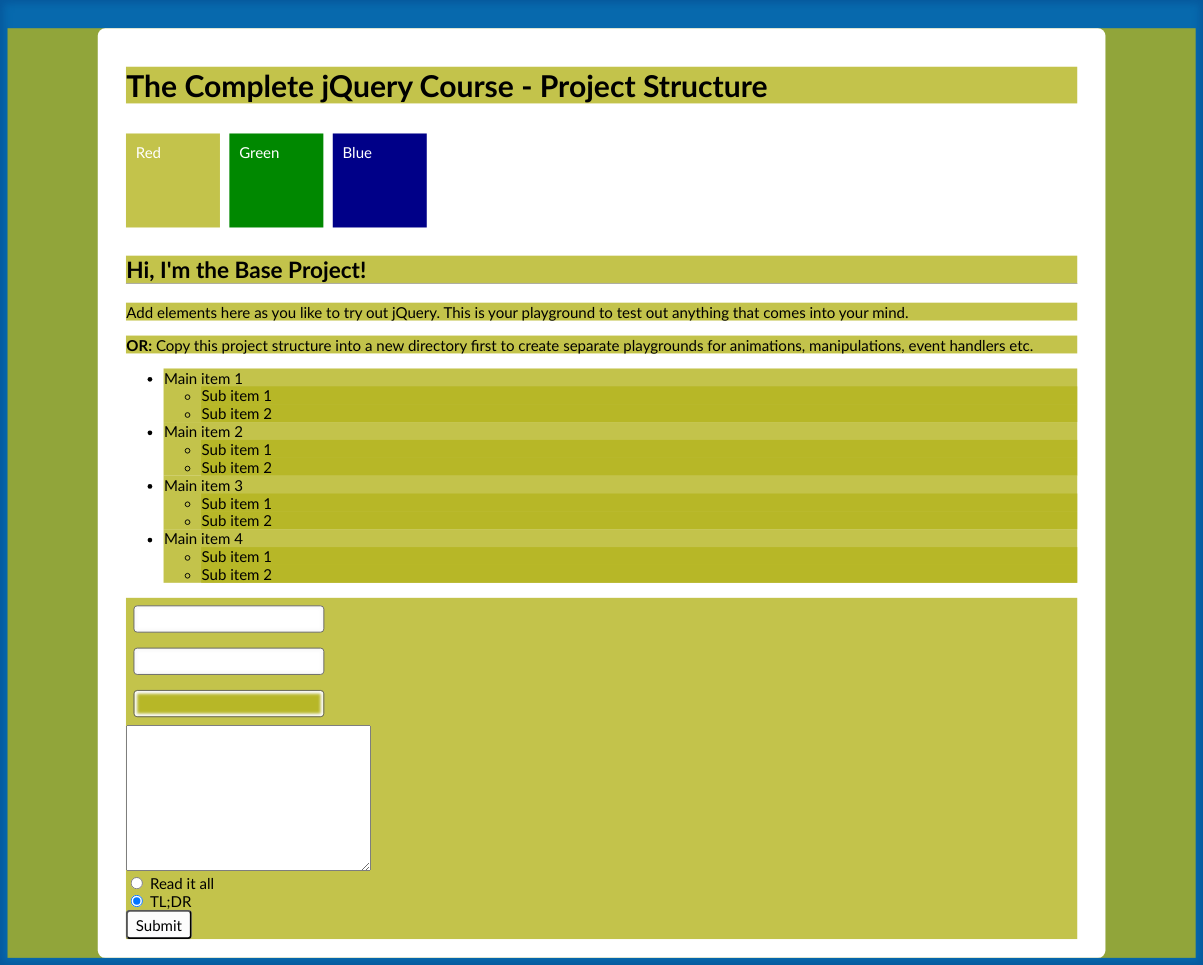
Repository: vpriyankaprabhu/Jquery-examples
Page: 05/changing-element-content/index.html
An editor plug-in stored every save of this project. The page is shown before and after the next save, followed by the edit.
The browser window is 1280 px wide. The pictures show the whole page, at 94% of full size.

Above is the page before, as saved 2024-12-30 13:28:21.

### 05/changing-element-content/index.html
<!DOCTYPE html>
<html lang="en">
<head>
  <meta charset="UTF-8">
  <script src="https://code.jquery.com/jquery-1.12.3.min.js" integrity="sha256-aaODHAgvwQW1bFOGXMeX+pC4PZIPsvn2h1sArYOhgXQ=" crossorigin="anonymous"></script>
  <script src="js/script.js"></script>
  <link rel="stylesheet" href="css/style.css">
  <title>The Complete jQuery Course - Project Structure</title>
</head>
<body>
  <div id="content">
    <h1>The Complete jQuery Course - Project Structure</h1>

    <div class="red-box">Red</div>
    <div class="green-box">Green</div>
    <div class="blue-box">Blue</div>
    <div class="clear"></div>

    <h2>Hi, I'm the Base Project!</h2>
    <p>Add elements here as you like to try out jQuery. This is your playground to test out anything that comes into your mind.</p>
    <p><strong>OR:</strong> Copy this project structure into a new directory first to create separate playgrounds for animations, manipulations, event handlers etc.</p>
    <!-- An unordered list with ID "list" -->
    <ul id="list">
      <li>Main item 1
        <ul>
          <li>Sub item 1</li>
          <li>Sub item 2</li>
        </ul></li>
      <li>Main item 2
        <ul>
          <li>Sub item 1</li>
          <li>Sub item 2</li>
        </ul></li>
      <li>Main item 3
        <ul>
          <li>Sub item 1</li>
          <li>Sub item 2</li>
        </ul></li>
      <li>Main item 4
        <ul>
          <li>Sub item 1</li>
          <li>Sub item 2</li>
        </ul></li>
    </ul>

    <!-- A form element without class or ID  -->
    <form action="">
      <input type="text"><br>
      <input type="email"><br>
      <input type="password"><br>
      <textarea name="message" id="message" cols="30" rows="10"></textarea><br>
      <input type="radio" name="toc" value="read" id="read"> <label for="read">Read it all</label> <br>
      <input type="radio" name="toc" value="tldr" checked> <label for="tldr">TL;DR</label> <br>
      <input type="submit" value="Submit">
    </form>
  </div>
</body>
</html>

### 05/changing-element-content/js/script.js
$(function () {

  // NOTE: Some of the selectors below overlap. To see the exact effect of one
  // of them, please comment out all others.

  // Select the #list and find all <li> tags it contains
  // This contains even indirect children further down in the hierarchy
  var items = $("#list").find("li");
  highlight(items);

  // Select the #list and find only <li> that are *direct* children
  // Note that this will still produce a yellow background around the whole list
  // because the direct children <li> have enough height to contain their children
  // var children = $("#list").children("li");
  // highlight(children);

  // Search for even non-direct parents
  var body = $("#list").parents("body");
  highlight(body);

  // Select the (unique) direct parent of an element
  var content = $("#list").parent();
  // highlight(content);

  // Search through siblings on the same level in the HTML hierarchy
  var siblingHeadlines = $("#list").siblings(":header");
  highlight(siblingHeadlines);

  // Select the previous sibling of a selected element
  var previous = $("#list").prev();
  highlight(previous);

  // Select the next sibling of a selected element
  var next = $("#list").next();
  highlight(next);

  var headerNextElements = $(":header").next();
  highlight(headerNextElements);

  var passwordInputElements = $("input[type=password]");
  highlight(passwordInputElements);

});

// Helper function which highlights the given element with yellow background
function highlight(element) {
  element.css("background-color", "rgba(180, 180, 30, 0.8)");
}

### 05/changing-element-content/css/style.css
.lightbox {
  position: absolute;
  top: 0;
  left: 0;
  display: none;
  width: 30%;
  height: 60%;
  padding: 15% 35% 25% 35%;
  color: #000000;
  background-color: rgba(200, 100, 0, 0.9);
  text-align: center;
  text-shadow: #333 0 1px 0; }

.red-box {
  float: left;
  width: 80px;
  height: 80px;
  margin: 10px 10px 10px 0;
  padding: 10px;
  color: #ffffff;
  background-color: #880000; }

.green-box {
  float: left;
  width: 80px;
  height: 80px;
  margin: 10px 10px 10px 0;
  padding: 10px;
  color: #ffffff;
  background-color: #008800; }

.blue-box {
  float: left;
  width: 80px;
  height: 80px;
  margin: 10px 10px 10px 0;
  padding: 10px;
  color: #ffffff;
  background-color: #000088; }

.large {
  font-size: 125%;
}

.emphasize {
  color: #666;
  font-style: italic;
}

fieldset {
  border-radius: 4px;
  -moz-border-radius: 4px;
  -webkit-border-radius: 4px; }

label {
  display: inline-block;
  min-width: 100px; }

input[type="text"], input[type="email"], input[type="password"], input[type="tel"] {
  margin: 8px;
  padding: 6px 12px;
  outline: none;
  border: 1px solid #666;
  border-radius: 4px;
  box-shadow: inset 0 0 3px 3px #fafafa; }

input[type="submit"] {
  font-family: "Trebuchet MS", Verdana, Arial, sans-serif;
  font-size: 16px;
  padding: 4px 8px;
  background-color: #fcfcfc;
  box-shadow: 0 0 1px 0 #aaa;
  -webkit-border-radius: 4px;
  -moz-border-radius: 4px;
  border-radius: 4px; }
  input[type="submit"]:hover {
    background-color: #f4f4f4;
    box-shadow: 0 0 1px 0 #ccc; }

html {
  min-height: 100%;
  background-color: #0769ad;
  box-shadow: 0 0 8px 4px #06599d inset; }

body {
  font-size: 16px;
  font-family: "Trebuchet MS", Verdana, Arial, sans-serif; }

.clear {
  clear: both; }

#content {
  overflow: auto;
  width: 80%;
  background-color: #fff;
  margin: 30px auto 0 auto;
  padding: 20px 30px;
  border-radius: 8px;
  -moz-border-radius: 8px;
  -webkit-border-radius: 8px; }

h1 {
  color: #000; }

h2 {
  border-bottom: 1px solid #aaa; }

#dashboard {
  position: absolute;
  width: 120px;
  height: 60%;
  left: -140px;
  top: 100px;
  padding: 20px;
  border-radius: 0 6px 6px 0;
  box-shadow: 0 0 3px 3px #f0f0f0;
  background-color: #999; }

.fancy-link {
  display: inline-block;
  text-decoration: none;
  color: #111199; }

.fancy-link:after {
  display: block;
  content: '';
  border-bottom: solid 1px #22a;
  transform: scaleX(0.0001);
  transition: transform 250ms ease-in-out; }

.fancy-link:hover:after {
  transform: scaleX(1); }

/*# sourceMappingURL=style.css.map */

After the next save:
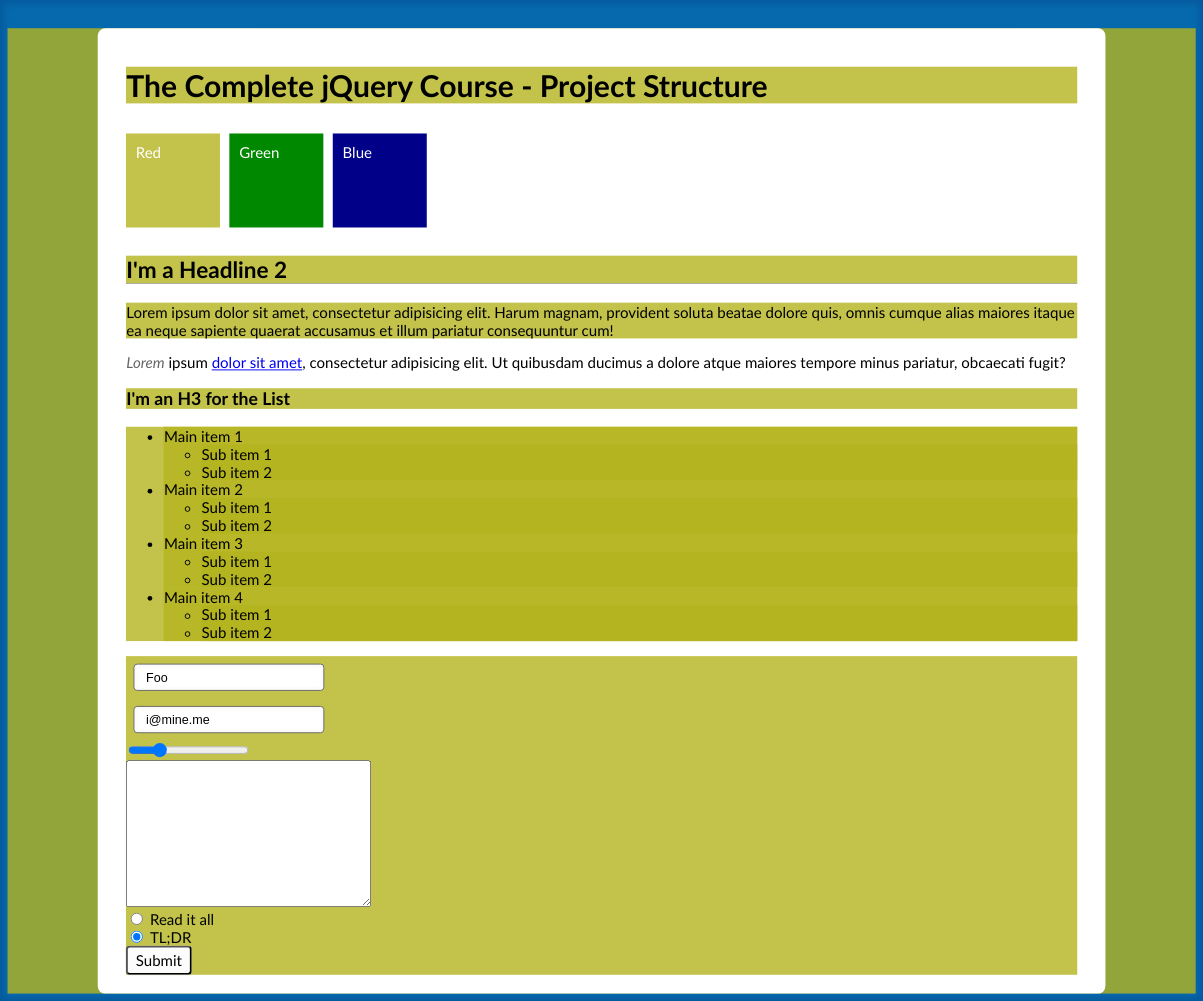
Saved 88 s later.
--- a/05/changing-element-content/index.html
+++ b/05/changing-element-content/index.html
@@ -5,7 +5,7 @@
   <script src="https://code.jquery.com/jquery-1.12.3.min.js" integrity="sha256-aaODHAgvwQW1bFOGXMeX+pC4PZIPsvn2h1sArYOhgXQ=" crossorigin="anonymous"></script>
   <script src="js/script.js"></script>
   <link rel="stylesheet" href="css/style.css">
-  <title>The Complete jQuery Course - Project Structure</title>
+  <title>The Complete jQuery Course - Course Code</title>
 </head>
 <body>
   <div id="content">
@@ -16,9 +16,11 @@
     <div class="blue-box">Blue</div>
     <div class="clear"></div>
 
-    <h2>Hi, I'm the Base Project!</h2>
-    <p>Add elements here as you like to try out jQuery. This is your playground to test out anything that comes into your mind.</p>
-    <p><strong>OR:</strong> Copy this project structure into a new directory first to create separate playgrounds for animations, manipulations, event handlers etc.</p>
+    <h2>I'm a Headline 2</h2>
+    <p data-mydata="Data coming from HTML attribute">Lorem ipsum dolor sit amet, consectetur adipisicing elit. Harum magnam, provident soluta beatae dolore quis, omnis cumque alias maiores itaque ea neque sapiente quaerat accusamus et illum pariatur consequuntur cum!</p>
+    <p><span class="emphasize">Lorem</span> ipsum <a id="link" title="An amazing link" href="/url">dolor sit amet</a>, consectetur adipisicing elit. Ut quibusdam ducimus a dolore atque maiores tempore minus pariatur, obcaecati fugit?</p>
+
+    <h3>I'm an H3 for the List</h3>
     <!-- An unordered list with ID "list" -->
     <ul id="list">
       <li>Main item 1
@@ -45,14 +47,13 @@
 
     <!-- A form element without class or ID  -->
     <form action="">
-      <input type="text"><br>
-      <input type="email"><br>
-      <input type="password"><br>
+      <input type="text" value="Foo"><br>
+      <input type="email" value="i@mine.me"><br>
+      <input type="range" min="1" max="10" value="3"><br>
       <textarea name="message" id="message" cols="30" rows="10"></textarea><br>
       <input type="radio" name="toc" value="read" id="read"> <label for="read">Read it all</label> <br>
       <input type="radio" name="toc" value="tldr" checked> <label for="tldr">TL;DR</label> <br>
       <input type="submit" value="Submit">
     </form>
-  </div>
 </body>
 </html>
